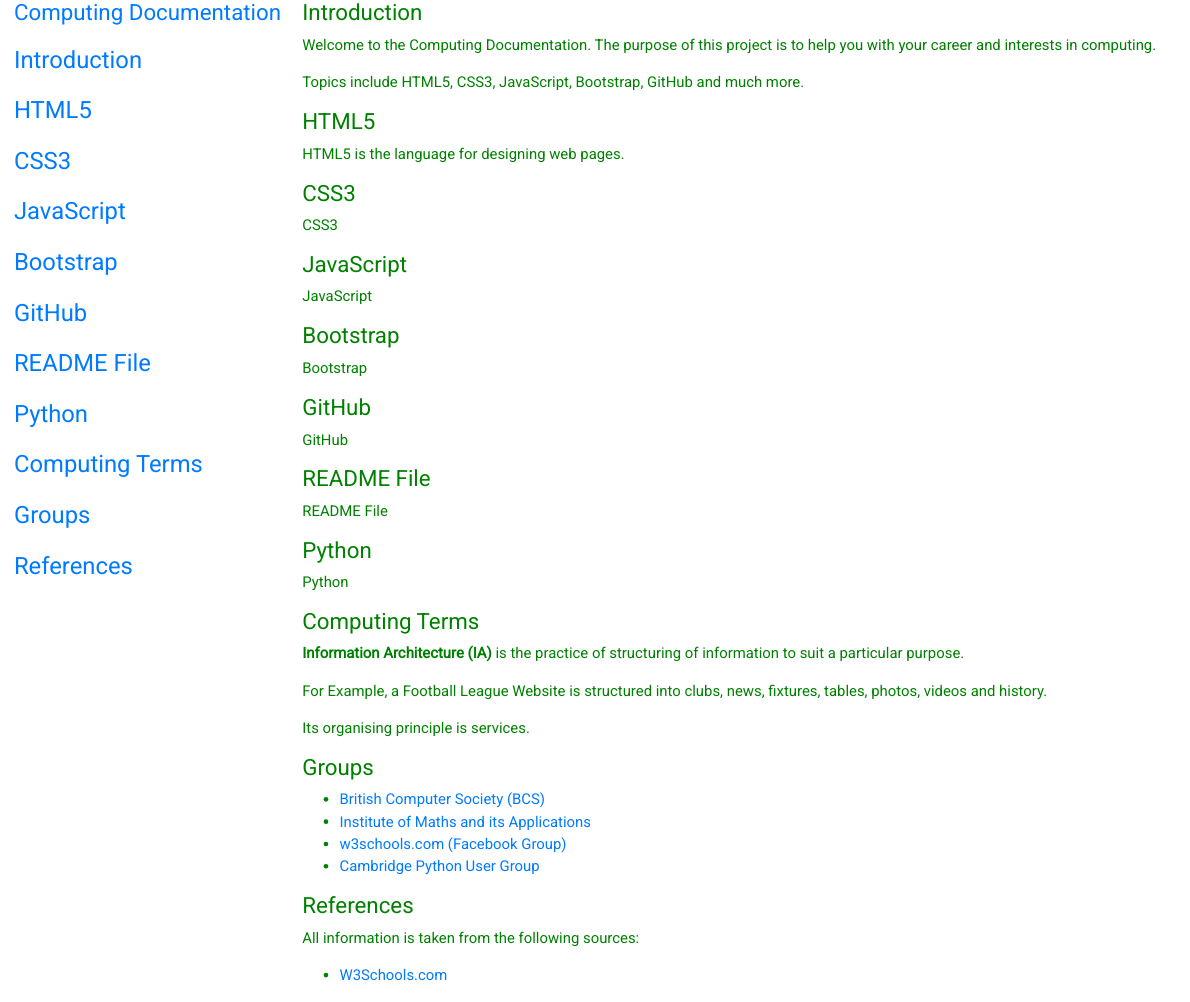
Repository: derektypist/technical-documentation-page
Page: index.html
The author's editor kept a record of every edit. The page is drawn from the files as they stood at one moment, then again after the next edit.
The browser window is 1280 px wide. The pictures show the whole page, at 93% of full size.

Above is the page before.

After the next edit:
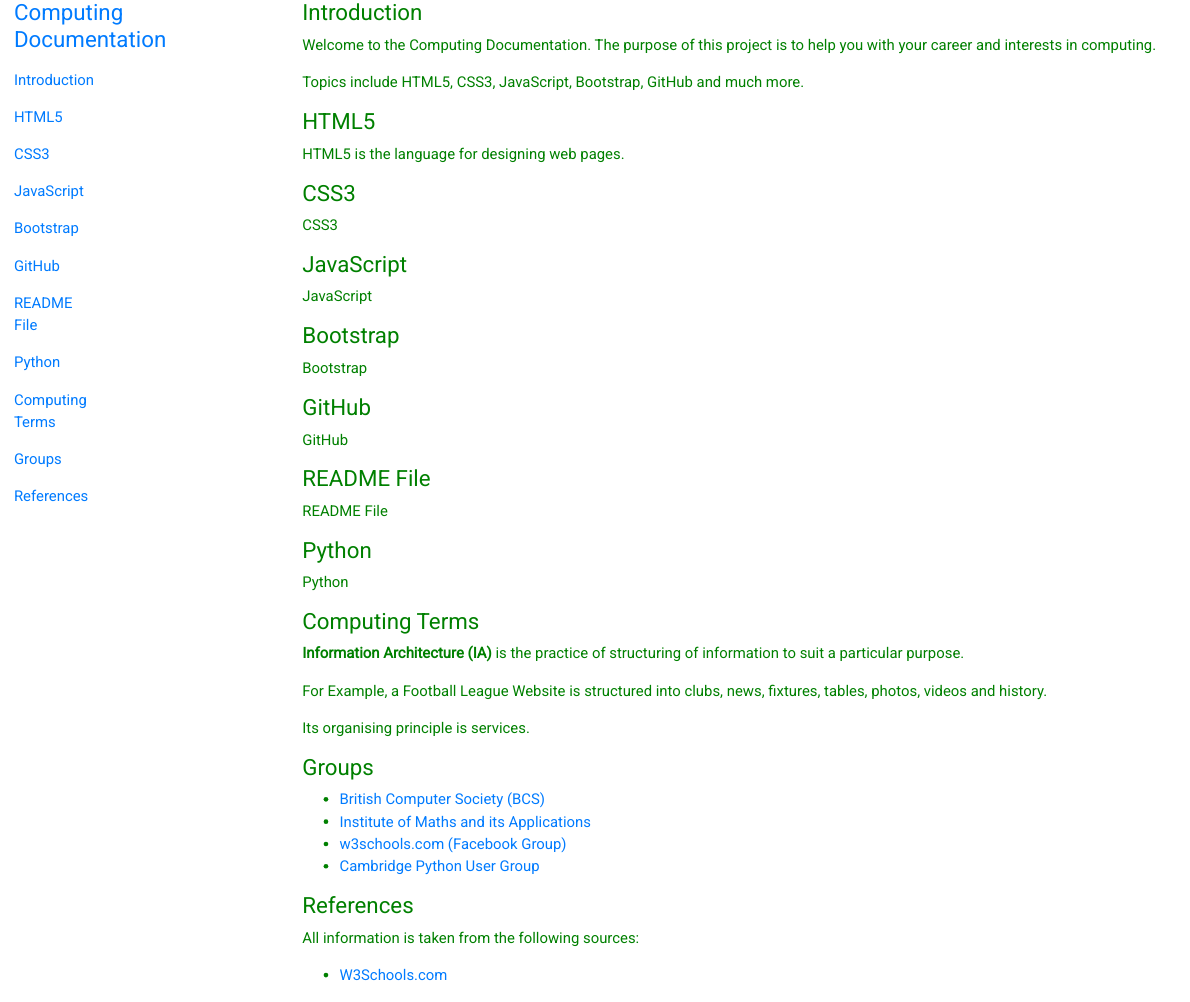
The edit:
--- a/index.html
+++ b/index.html
@@ -15,7 +15,7 @@
     #navbar {
       font-family: "Roboto", Arial, Verdana, sans-serif;
       margin-left: 15px;
-      font-size: 2vw;
+      width: 5vmax;
       position: fixed;
     }
 
